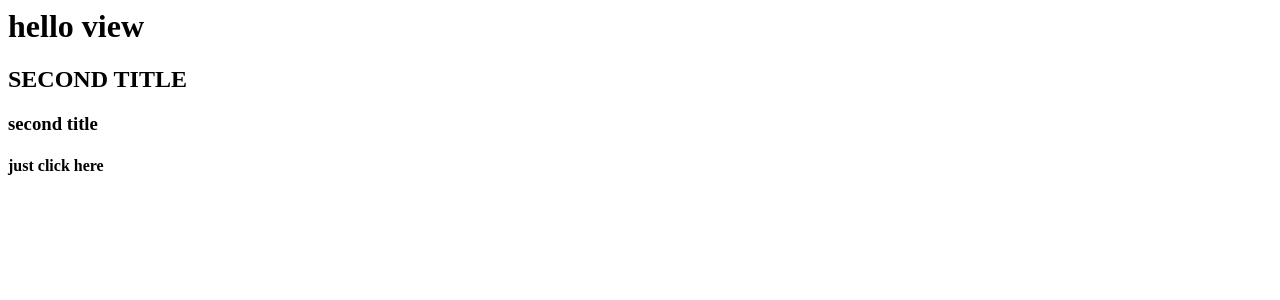
Repository: Matt-Thew/libLang
Page: vue/cnd.html
An editor plug-in stored every save of this project. The page is shown before and after the next save, followed by the edit.
The browser window is 1280 px wide. The pictures show the whole page.

Above is the page before, as saved 2019-04-20 17:50:08.

After the next save:
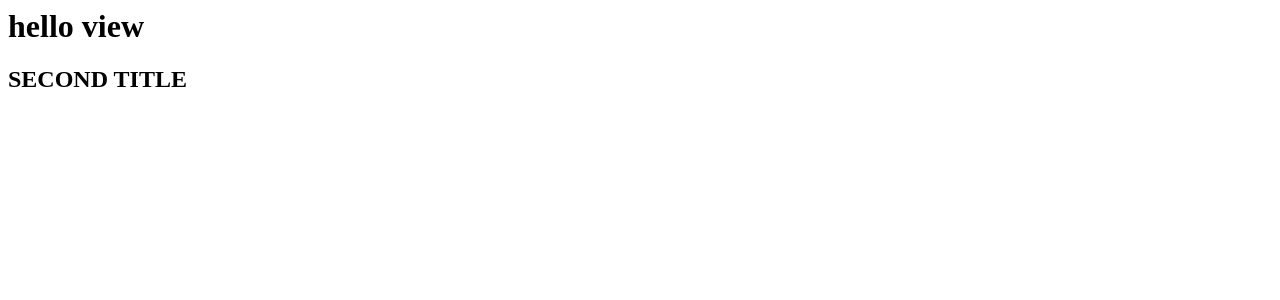
Saved 2 min 21 s later.
--- a/vue/cnd.html
+++ b/vue/cnd.html
@@ -8,8 +8,8 @@
     <div class="second">
 
         <h2>{{ title.toUpperCase() }}</h2>
-        <h3 v-text="title"> helo v-text</h3>
-        <h4 v-on:click="sayHello">just click here</h4>
+        <!-- <h3 v-text="title"> helo v-text</h3> -->
+        <!-- <h4 v-on:click="sayHello">just click here</h4> -->
     </div>
 
 
